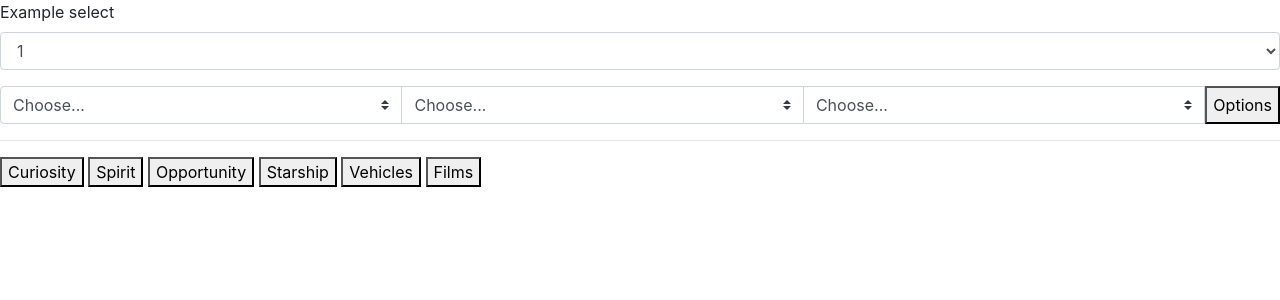
Repository: romqrq/Red-Planet-Explorer
Page: index.1.html
The author's editor kept a record of every edit. The page is drawn from the files as they stood at one moment, then again after the next edit.
The browser window is 1280 px wide. The pictures show the whole page.
Some web fonts or font styles are not loaded; a fallback is used. Some web libraries are served in a nearby version.

Above is the page before.

After the next edit:
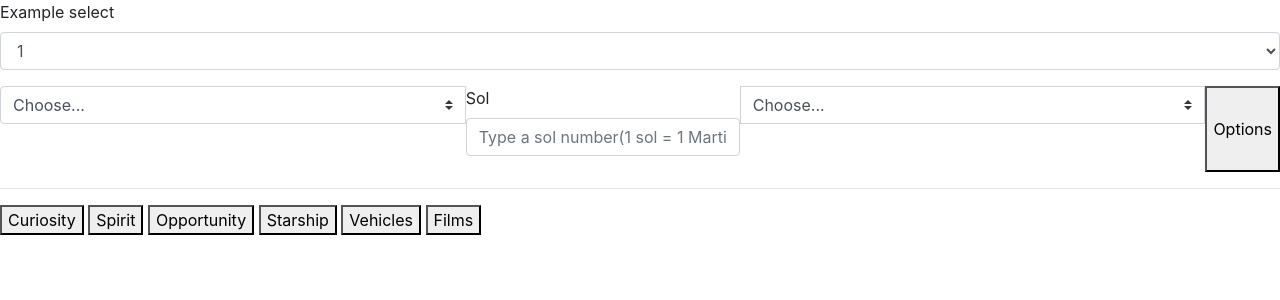
The edit:
--- a/index.1.html
+++ b/index.1.html
@@ -45,12 +45,16 @@
             <option value="spirit">Spirit</option>
             <option value="opportunity">Opportunity</option>
         </select>
-        <select class="custom-select" id="inputSolNumber">
-          <option selected>Choose...</option>
-          <option value="500">500</option>
-          <option value="1000">1000</option>
-          <option value="1500">1500</option>
-        </select>
+        <div class="form-group">
+            <label for="exampleFormControlInput1">Sol</label>
+            <input type="text" class="form-control" id="solTextInput" placeholder="Type a sol number(1 sol = 1 Martian day)">
+        </div>
+        <!--<select class="custom-select" id="inputSolNumber">-->
+        <!--  <option selected>Choose...</option>-->
+        <!--  <option value="500">500</option>-->
+        <!--  <option value="1000">1000</option>-->
+        <!--  <option value="1500">1500</option>-->
+        <!--</select>-->
         <select class="custom-select" id="inputCamName">
           <option selected>Choose...</option>
           <option value="fhaz">FHAZ</option>
